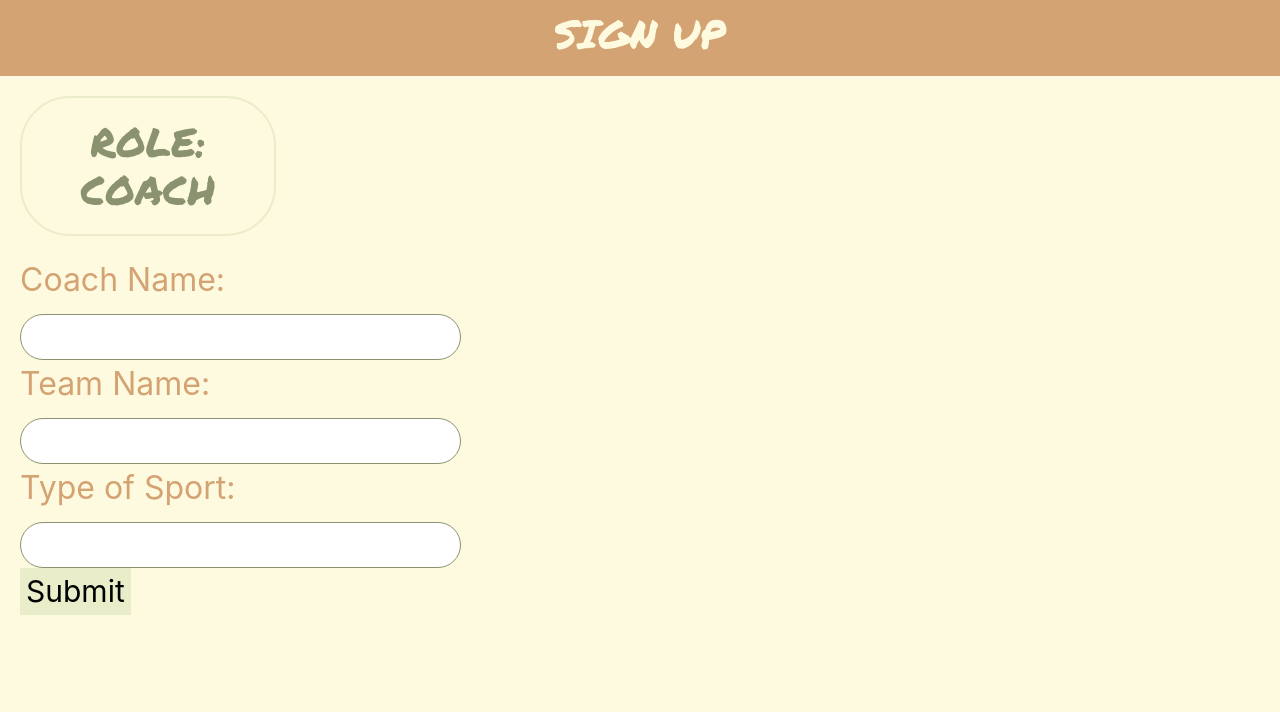
Repository: Aryaholmukhe/treasureHacks
Page: http://localhost/coach
These files come from the project's save history. The page is drawn as it stood at one moment and after the next save; the edit follows.
The browser window is 1280 px wide. The pictures show the whole page.
The page is served by the project's Node server (server.js). Queries for data that is not in the repository find no rows.

Above is the page before, as saved 2022-03-26 19:53:36.

After the next save:
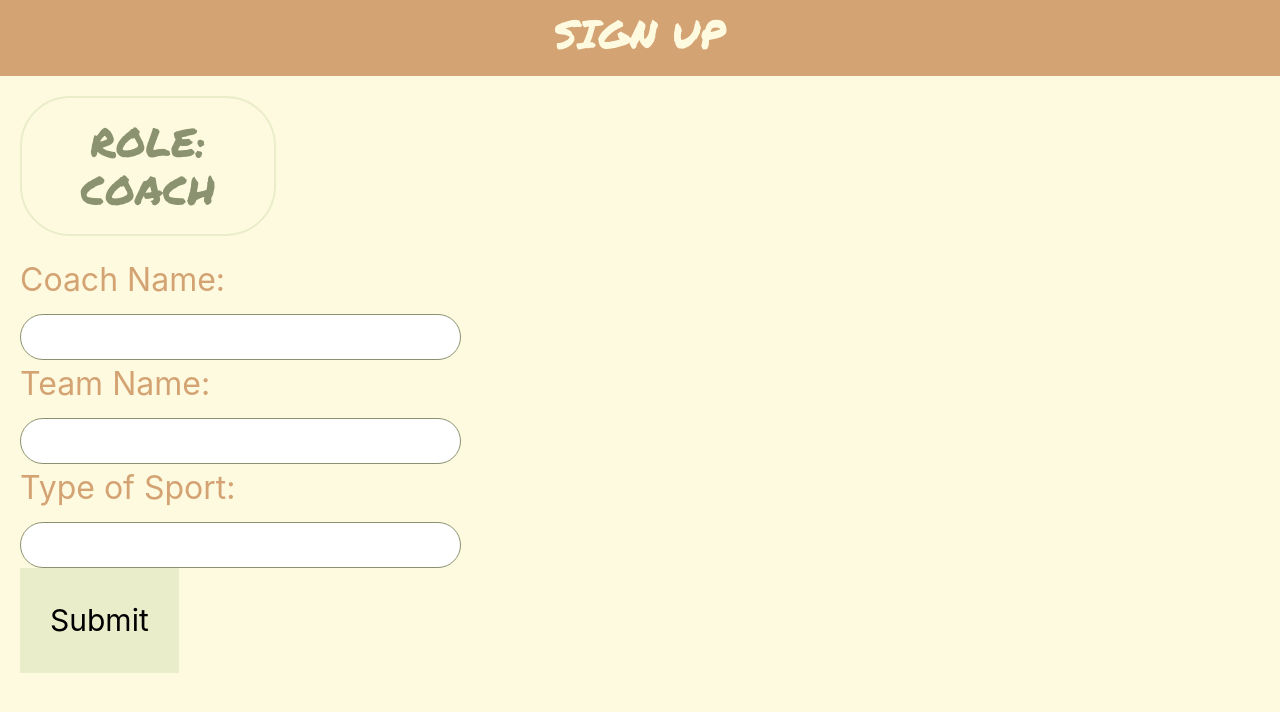
Saved 6 s later.
--- a/views/signup/coach.ejs
+++ b/views/signup/coach.ejs
@@ -38,7 +38,7 @@
 <br>
 
 
-            <button type="submit" class="add" style="border: none; background-color: #E9EDC9; font-size: 30px; ">Submit</button>
+            <button type="submit" class="add" style="border: none; background-color: #E9EDC9; font-size: 30px; padding: 30px 30px;">Submit</button>
         </div>
     </form>
     </div>
